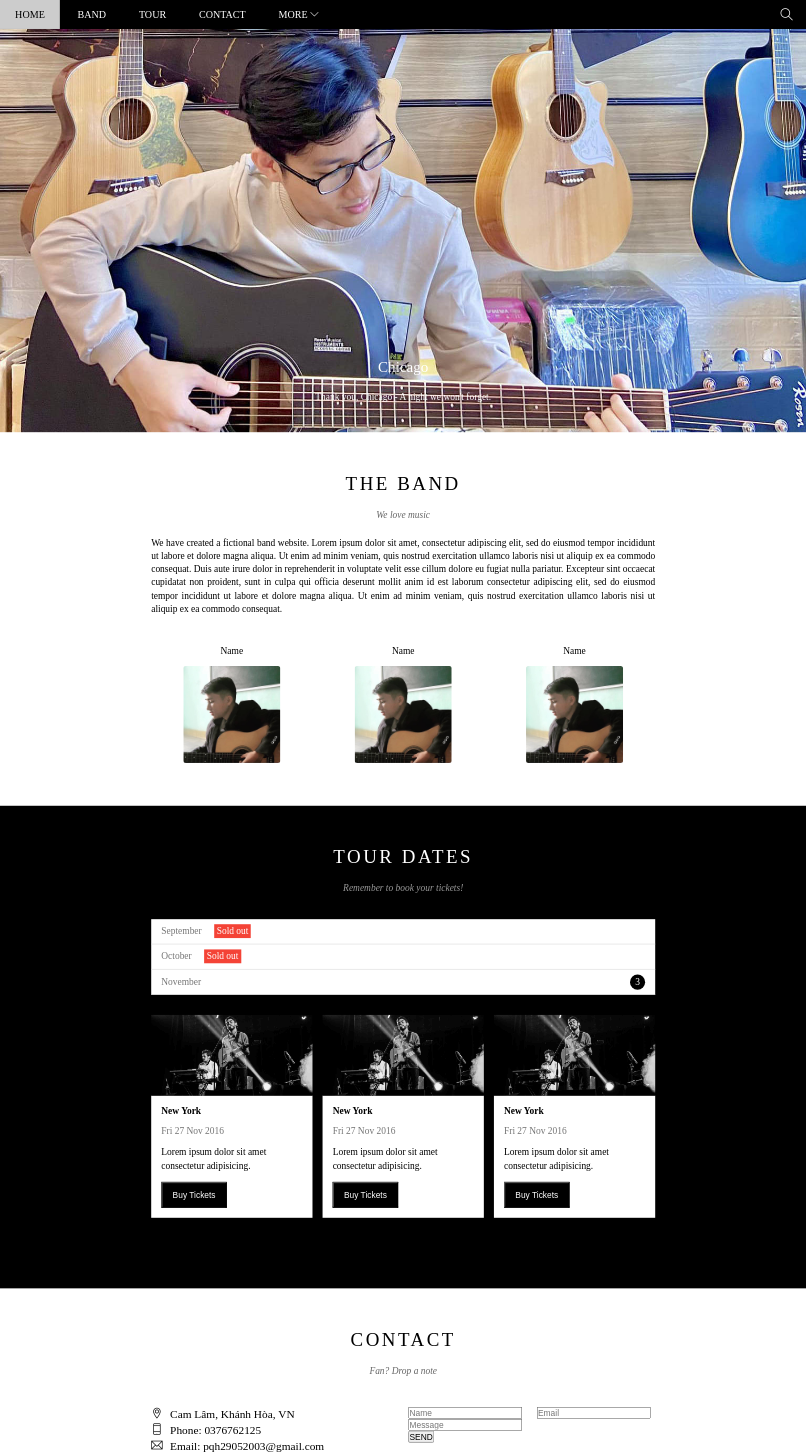
Repository: quochung2k3/Web-Team
Page: index.html
The author's editor kept a copy of each file at every save. The page is drawn from the files as they stood at one save, then again after the next save.
The browser window is 1280 px wide. The pictures show the whole page, at 63% of full size.

Above is the page before, as saved 2023-08-14 22:15:03.

After the next save:
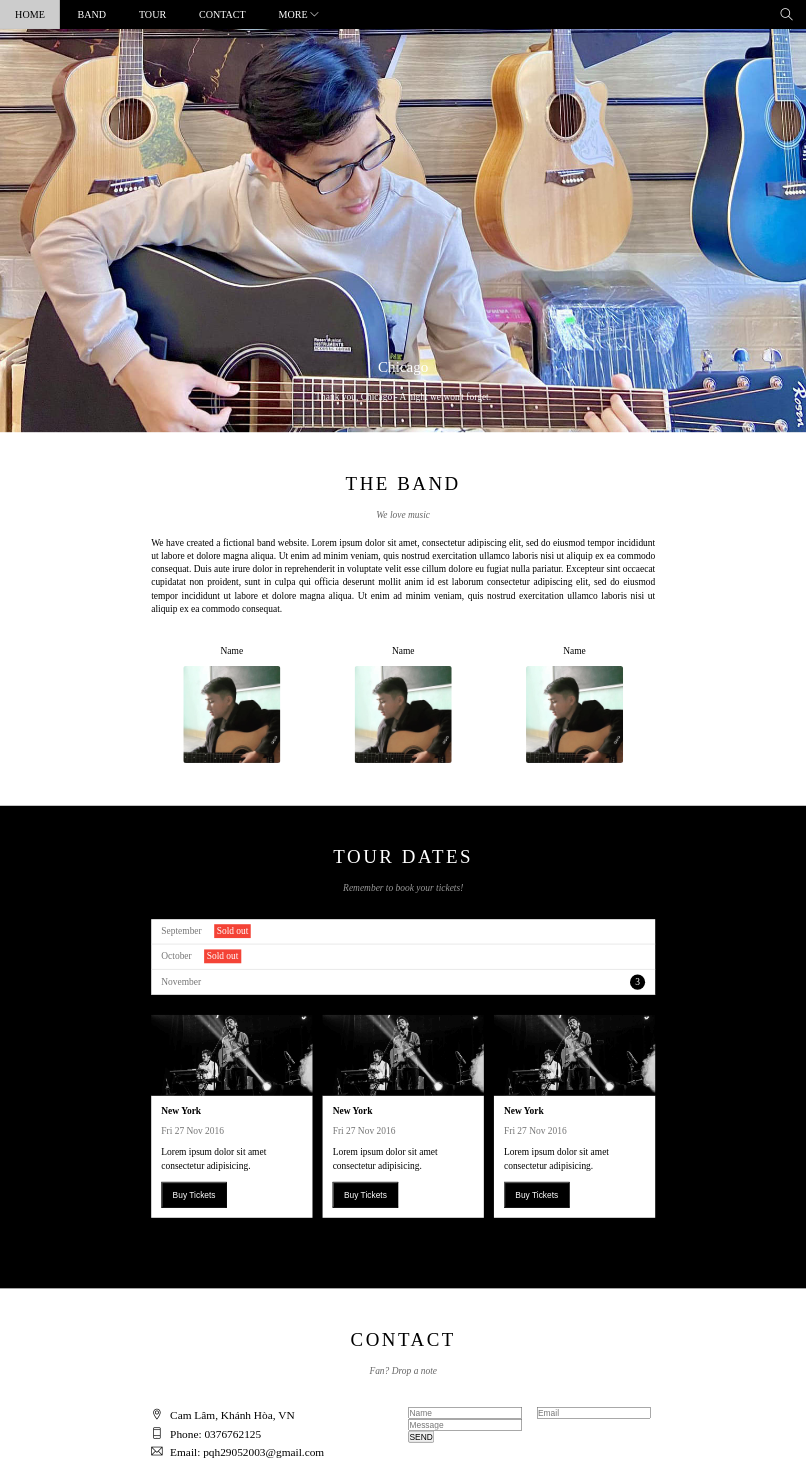
Saved 17 s later.
--- a/assets/css/style.css
+++ b/assets/css/style.css
@@ -296,7 +296,7 @@
 
 .contact-info {
     font-size: 18px;
-    line-height: 1.4;
+    line-height: 1.6;
 }
 
 .contact-info i[class*="ti-"] {
